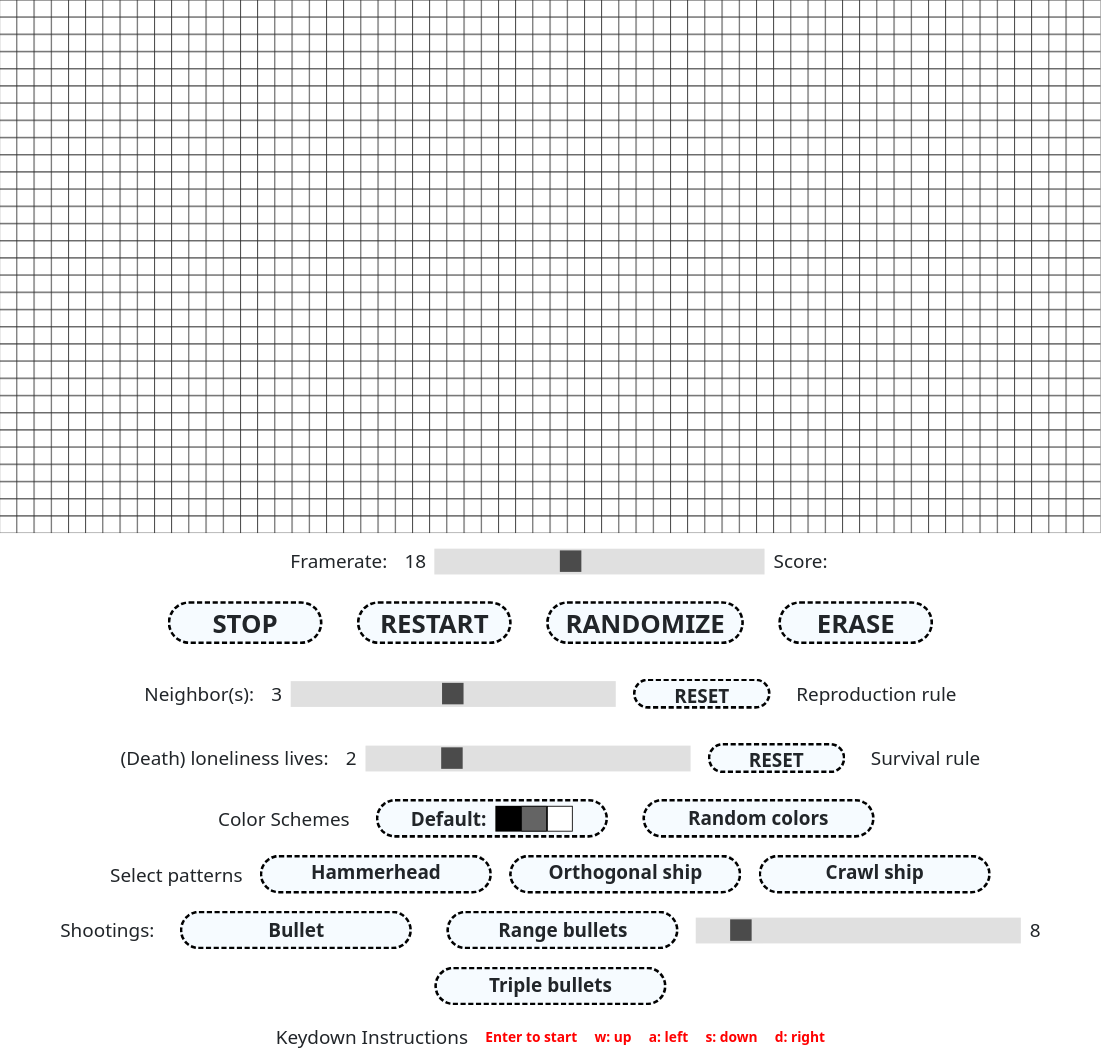
Repository: luckychxn123/game-of-life-22
Page: wef008.html
These files come from the project's save history. The page is drawn as it stood at one moment and after the next save; the edit follows.
The browser window is 1280 px wide. The page is 1290 px wide, so the pictures cover 1290 px, including what lies to the right of the window. The pictures show the whole page, at 86% of full size.
Some web libraries are served in a nearby version.

Above is the page before, as saved 2022-08-21 23:55:32.

### wef008.html
<!DOCTYPE html>
<html lang="en">
<head>
    <meta charset="UTF-8">
    <meta http-equiv="X-UA-Compatible" content="IE=edge">
    <meta name="viewport" content="width=device-width, initial-scale=1.0">
    <title>Game of life</title>
    <link href="https://cdn.jsdelivr.net/npm/bootstrap@5.0.2/dist/css/bootstrap.min.css"
        rel="stylesheet" integrity="sha384-EVSTQN3/azprG1Anm3QDgpJLIm9Nao0Yz1ztcQTwFspd3yD65VohhpuuCOmLASjC"
        crossorigin="anonymous">
        <link rel="stylesheet" href="wef008css.css"/>
</head>
<body>
    <div id='canvas'></div>
    <!-- <div class="sliderinfo">Current framerate: <span class="framerate">30</span>
    </div> -->
    <div class="framerateslider">
        <p>Framerate: </p>
        <span class="frvalue">18</span>
        <input type="range" min="3" max="40" value="18" class="slider">
        <div class="score">Score: </div>
    </div>
    <div class="ssbutton">
        <div class="startstop">STOP</div>
        <div class="restart">RESTART</div>
        <div class="randstart">RANDOMIZE</div>
        <div class="eraser">ERASE</div>
        <div class="neighborslider">
            <p>Neighbor(s): </p>
            <span class="nvalue">3</span>
            <input type="range" min="1" max="5" value="3" oninput="n1(this.value)" class="slider">
            <div class="resetneighbor2">RESET</div>
            <p>Reproduction rule</p>
          </div>
        <div class="survivalslider">
          <p>(Death) loneliness lives: </p>
          <span class="svalue">2</span>
          <input type="range" min="1" max="5" value="2" class="slider">
          <!-- [here][me] interesting fact: value='3' will always stay same, for front-end can only changes the input value in between,
            for JS can only take the value and do sth with that value-->
          <div class="resetsurvival">RESET</div>
          <p>Survival rule</p>
        </div>
        <div class="colorscheme">
            <p>Color Schemes </p>
            <div class="default">Default:
                <div class="fir"></div>
                <div class="sec"></div>
                <div class="thi"></div>
            </div>
            <div class="colorful">Random colors </div>
        </div>
        <div class="patternlist">
            <p>Select patterns</p>
            <div>Hammerhead</div>
            <div>Orthogonal ship</div>
            <div>Crawl ship</div>
        </div>
        <div class="keydownshoots">
            <p>Shootings:</p>
            <div>Bullet</div>
            <div>Range bullets</div>
            <!-- <div>Wave bullet</div> -->
            <input type="range" min="4" max="40" value="8" step="2" class="slider">
            <p class="value">8</p>
            <div>Triple bullets</div>
        </div>
        <div class="keydowninstructions">
            <p>Keydown Instructions</p>
            <div>Enter to start</div>
            <div>w: up</div>
            <div>a: left</div>
            <div>s: down</div>
            <div>d: right</div>
        </div>
    </div>
    <script src="https://cdn.jsdelivr.net/npm/bootstrap@5.0.2/dist/js/bootstrap.bundle.min.js"
        integrity="sha384-MrcW6ZMFYlzcLA8Nl+NtUVF0sA7MsXsP1UyJoMp4YLEuNSfAP+JcXn/tWtIaxVXM"
        crossorigin="anonymous"></script>
    <script src="https://cdnjs.cloudflare.com/ajax/libs/p5.js/1.2.0/p5.js"></script>
    <script src="wef008js.js"></script>
</body>
</html>

### wef008css.css

.sliderinfo{
    font-size: 20px;
    /* text-align: center; */
    position: absolute;
    left: 500px;
}
/* .ssbuttons {
    display: flex;
    justify-content: center;
} */
.ssbutton{
    display: flex;
    justify-content: center;
    align-items: center;
    flex-wrap: wrap;
}
.startstop, .restart, .randstart, .eraser{
    background-color: rgba(240, 248, 255, 0.57);
    align-items: center;
    text-align: center;
    box-sizing: border-box;
    width: 180px;
    height: 50px;
    font-size: 30px;
    margin: 20px;
    border-radius: 25px;
    border: dashed 3px black;
    font-weight: bold;

}
.randstart{
    width: 230px;
}
.neighborslider, .survivalslider, .framerateslider, .keydownshoots {
    width: 100%; /* Width of the outside container */
    display:flex;
    justify-content: center;
    align-items: center;
    margin: 0 10px;
  }

  /* The slider itself */
  .neighborslider .slider,  .survivalslider .slider, .framerateslider .slider, .keydownshoots .slider{
    -webkit-appearance: none;  /* Override default CSS styles */
    appearance: none;
    width: 30%; /* Full-width */
    height: 30px; /* Specified height */
    background: #d3d3d3; /* Grey background */
    outline: none; /* Remove outline */
    opacity: 0.7; /* Set transparency (for mouse-over effects on hover) */

  }
  .neighborslider .slider::-webkit-slider-thumb,  .survivalslider .slider::-webkit-slider-thumb,
  .framerateslider .slider::-webkit-slider-thumb, .keydownshoots .slider::-webkit-slider-thumb{
    -webkit-appearance: none;
    appearance: none;
    width: 25px;
    height: 25px;
    background: black;
    cursor: pointer;
  }
  .neighborslider p,  .survivalslider p, .framerateslider p, .nvalue, .svalue, .frvalue,
  .colorscheme p,  .patternlist p, .keydowninstructions p, .keydownshoots p, .framerateslider .score, .keydownshoots .value{
    padding: 10px;
    font-size: 22px;
  }
  .neighborslider p,  .survivalslider p, .framerateslider p{
    margin: 0px;
  }
.resetneighbor2, .resetsurvival{
    /* this is for smaller butons - for slider */
    background-color: rgba(240, 248, 255, 0.57);
    text-align: center;
    box-sizing: border-box;
    width: 160px;
    height: 35px;
    font-size: 22px;
    margin: 20px 20px;
    border-radius: 25px;
    text-align: center;
    border: dashed 3px black;
    font-weight: bold;
}

.colorscheme, .patternlist, .keydowninstructions, .keydownshoots{
    display: flex;
    flex-wrap: wrap;
    justify-content: center;
    align-items: center;
    flex-wrap: wrap;
    width: 100%;
}

.colorscheme p , .patternlist p, .keydowninstructions p, .keydownshoots p{
    margin-bottom: 0;
}
.keydowninstructions{
    justify-content: center;
}
.keydowninstructions div {
    margin: 10px;
    color: red;
    font-weight: bold;
}
.default{
    display:flex;
    margin: 10px 16px;
    justify-content: center;
    align-items: center;
}
.default div{
    width: 30px;
    height: 30px;
}
.default .fir{
    background-color: black;
    margin-left: 10px;
}
.default .sec{
    background-color: rgb(100, 100, 100);
    box-sizing: border-box;
    border: solid black 1px;
}
.default .thi{
    background-color: rgb(255, 255, 255);
    box-sizing: border-box;
    border: solid black 1px;
}
.colorful, .default, .patternlist div, .keydownshoots div{
    background-color: rgba(240, 248, 255, 0.57);
    justify-content: center;
    align-items: center;
    box-sizing: border-box;
    width: 270px;
    height: 45px;
    font-size: 22px;
    margin: 10px 20px;
    border-radius: 25px;
    text-align: center;
    border: dashed 3px black;
    font-weight: bold;
}
.patternlist div{
    margin: 10px;
}
.keydownshoots div, .colorful{
    padding-top: 2px;
}

/* <div class="patternlist">Select patterns
<div>Hammerhead</div>
<div>Orthogonal ship</div>
<div>Bear</div>
</div> */

Loaded but not shown: wef008js.js (711 lines, source omitted)

After the next save:
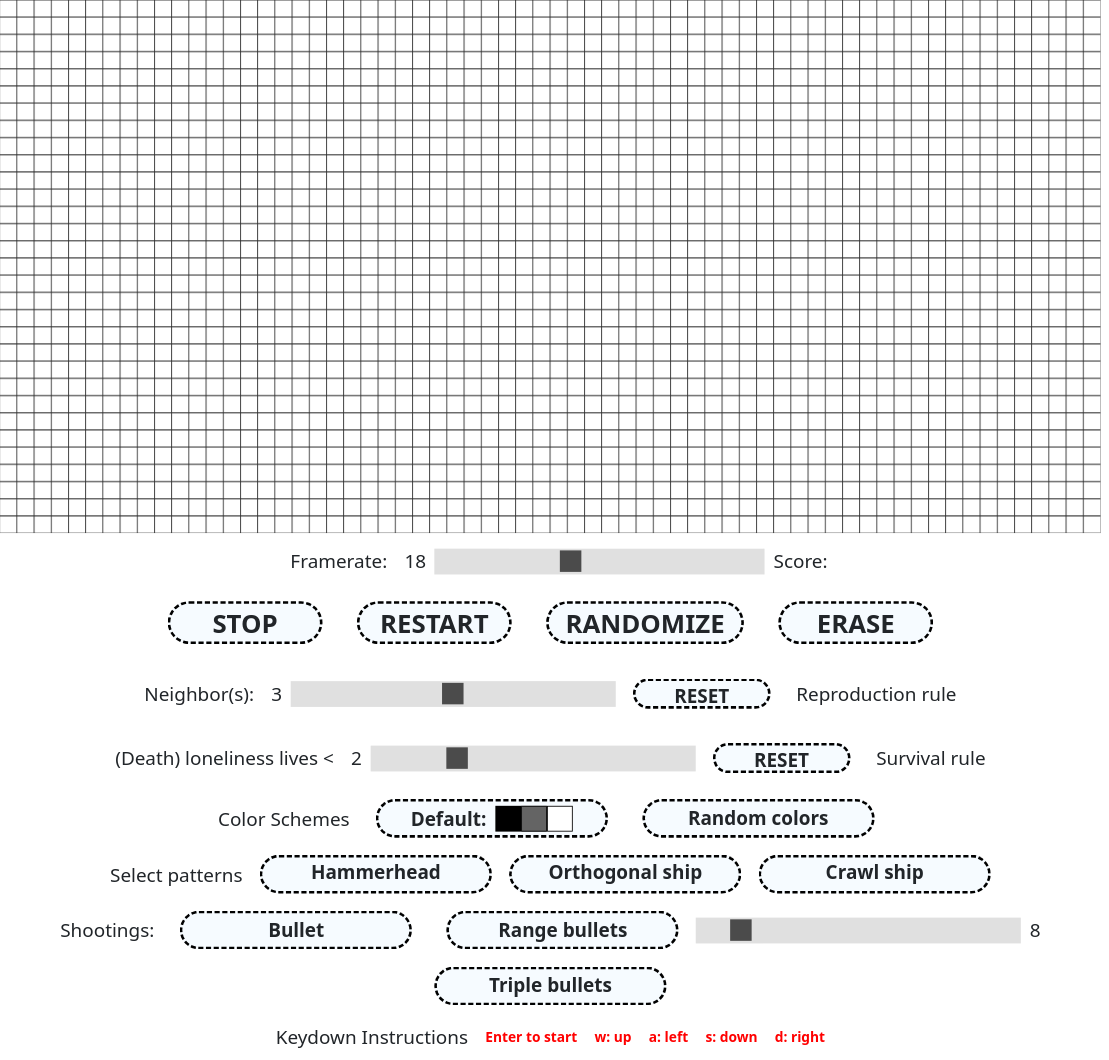
Saved 16 min 31 s later.
--- a/wef008.html
+++ b/wef008.html
@@ -33,7 +33,7 @@
             <p>Reproduction rule</p>
           </div>
         <div class="survivalslider">
-          <p>(Death) loneliness lives: </p>
+          <p>(Death) loneliness lives < </p>
           <span class="svalue">2</span>
           <input type="range" min="1" max="5" value="2" class="slider">
           <!-- [here][me] interesting fact: value='3' will always stay same, for front-end can only changes the input value in between,
